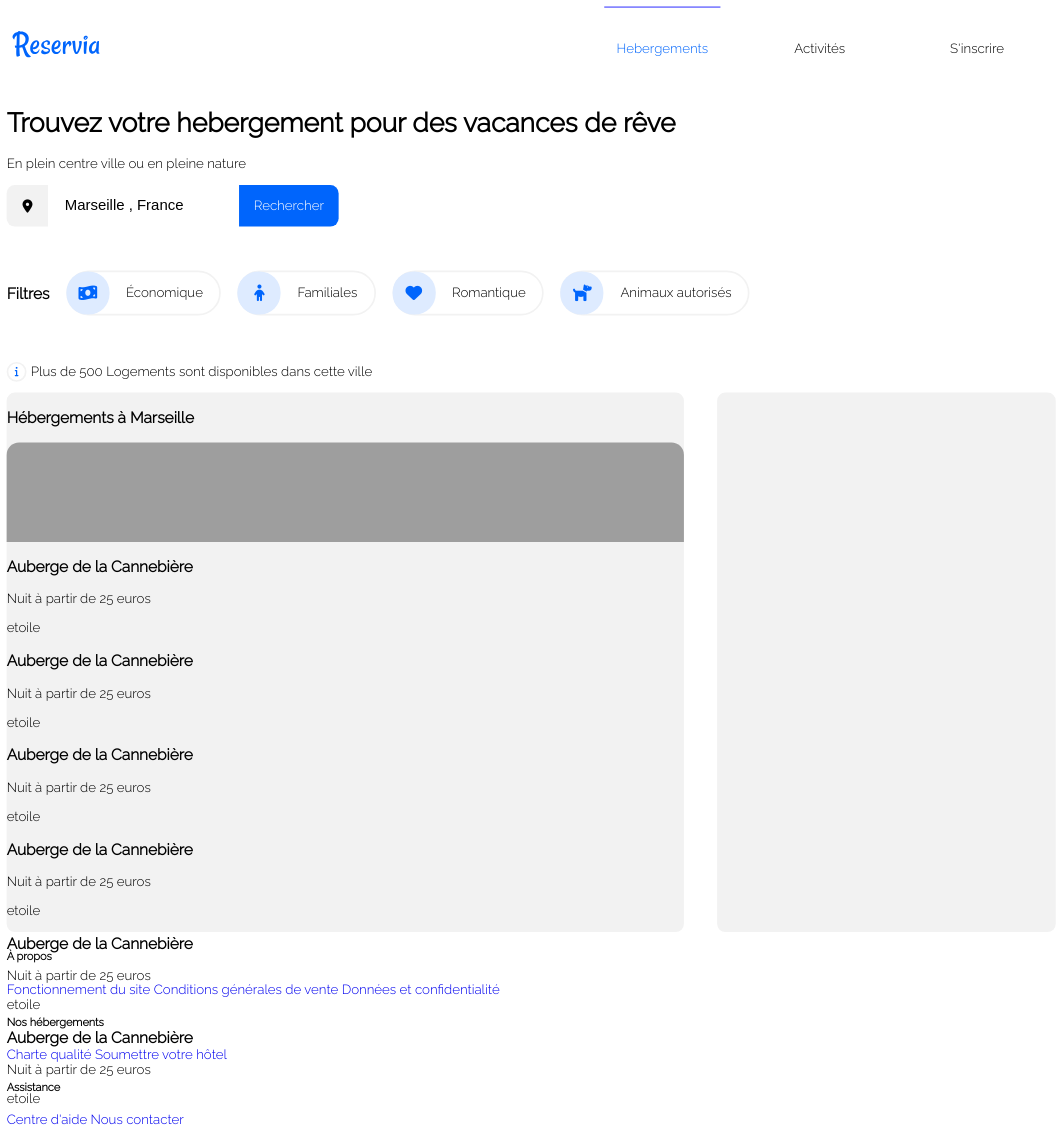
Repository: jaydeeonghub/DYLANBARBARISI_2_16062021
Page: index.html
The author's editor kept a copy of each file at every save. The page is drawn from the files as they stood at one save, then again after the next save.
The browser window is 1280 px wide. The pictures show the whole page, at 83% of full size.
Pictures or frames that could not be fetched are drawn as grey boxes. Some web libraries are served in a nearby version.

Above is the page before, as saved 2021-07-09 19:16:06.

After the next save:
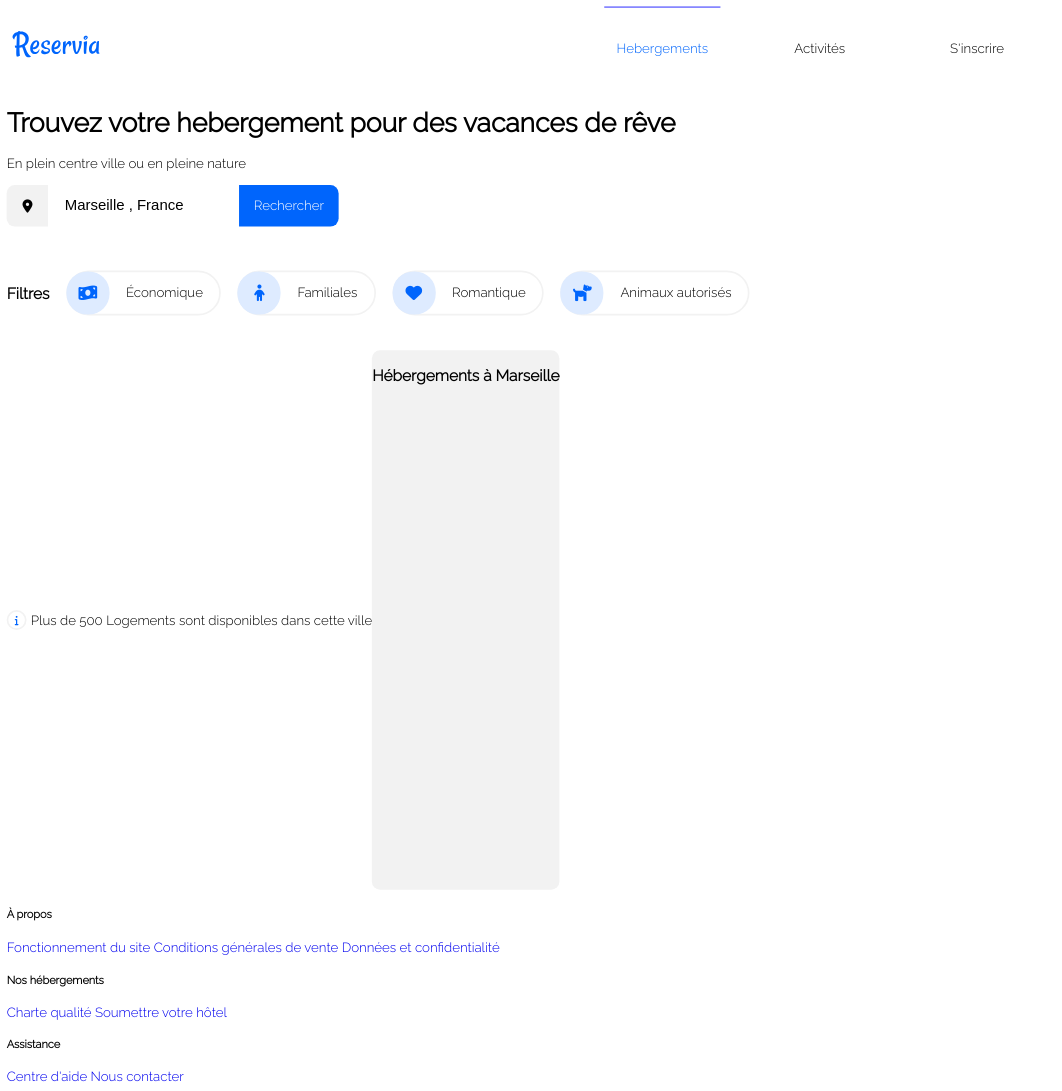
Saved 40 s later.
--- a/index.html
+++ b/index.html
@@ -76,74 +76,25 @@
         <i class="fas fa-info fa-xs colorBleu"></i>
         </div>
     <p>Plus de 500 Logements sont disponibles dans cette ville</p> <!--Nombre approximatif de logements disponibles aux alentours-->
-    </div>
-    <section class="flexAround">
-        <div class="sizeHebergements backGris">
-            <h3>Hébergements à Marseille</h3>
-            <div>
-                <div>
-                    <div class="imgHebergements1"></div>
-                    <div>
-                        <h3>Auberge de la Cannebière</h3>
-                        <p>Nuit à partir de 25 euros</p>
-                        <div>etoile</div>
-                    </div>
-                </div>
-                <div>
-                    <div class="imgHebergements2"></div>
-                    <div>
-                        <h3>Auberge de la Cannebière</h3>
-                        <p>Nuit à partir de 25 euros</p>
-                        <div>etoile</div>
-                    </div>
-                </div>
-                <div>
-                    <div class="imgHebergements3"></div>
-                    <div>
-                        <h3>Auberge de la Cannebière</h3>
-                        <p>Nuit à partir de 25 euros</p>
-                        <div>etoile</div>
-                    </div>
-                </div>
-                <div>
-                    <div class="imgHebergements4"></div>
-                    <div>
-                        <h3>Auberge de la Cannebière</h3>
-                        <p>Nuit à partir de 25 euros</p>
-                        <div>etoile</div>
-                    </div>
-                </div>
-                <div>
-                    <div class="imgHebergements5"></div>
-                    <div>
-                        <h3>Auberge de la Cannebière</h3>
-                        <p>Nuit à partir de 25 euros</p>
-                        <div>etoile</div>
-                    </div>
-                </div>
-                <div>
-                    <div class="imgHebergements6"></div>
-                    <div>
-                        <h3>Auberge de la Cannebière</h3>
-                        <p>Nuit à partir de 25 euros</p>
-                        <div>etoile</div>
-                    </div>
-                </div>
-                </div>
-                <div></div>
-                <p></p>
-    </div>
-    <div class="sizePopulaires backGris"></div>
-    </section>
+        <section class="flexAround">
+                <div class="sizeHebergements backGris">
+                <h3>Hébergements à Marseille</h3>
+        <div>
+
+
+
     </main>
     <footer>
         <h5>À propos</h5>
             <a href="#Fonctionnementdusite">Fonctionnement du site</a>
             <a href="#CGV">Conditions générales de vente</a>
             <a href="Confidentialité">Données et confidentialité</a>
+
         <h5>Nos hébergements</h5>
             <a href="#chartequalité">Charte qualité</a>
             <a href="#Soumettrehôtel">Soumettre votre hôtel</a>
+
+
         <h5>Assistance</h5>
             <a href="#Centre d'aide">Centre d'aide</a>
             <a href="#Contact">Nous contacter</a>

After the save that followed:
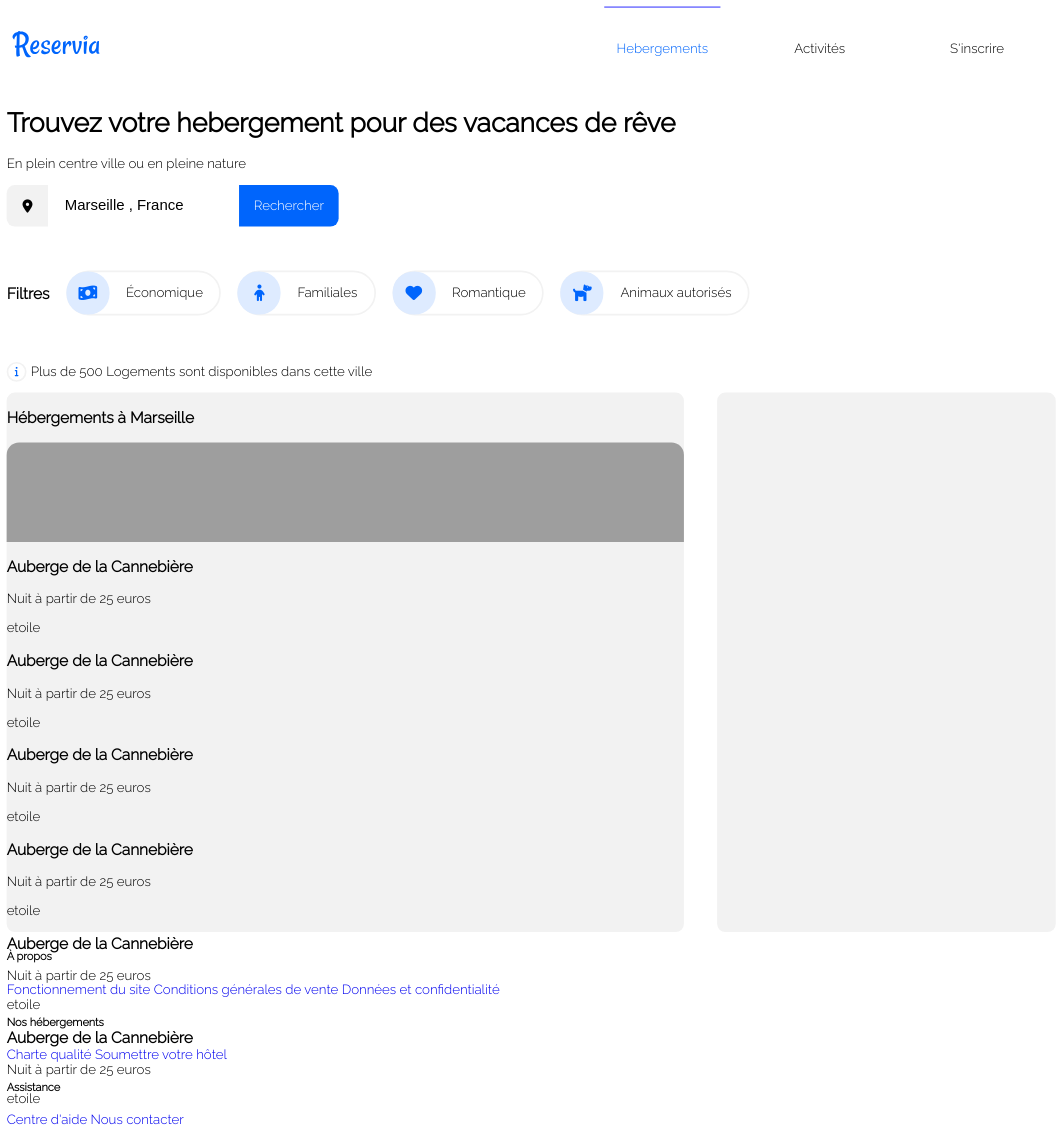
Saved 18 s later.
--- a/index.html
+++ b/index.html
@@ -76,25 +76,74 @@
         <i class="fas fa-info fa-xs colorBleu"></i>
         </div>
     <p>Plus de 500 Logements sont disponibles dans cette ville</p> <!--Nombre approximatif de logements disponibles aux alentours-->
-        <section class="flexAround">
-                <div class="sizeHebergements backGris">
-                <h3>Hébergements à Marseille</h3>
-        <div>
-
-
-
+    </div>
+    <section class="flexAround">
+        <div class="sizeHebergements backGris">
+            <h3>Hébergements à Marseille</h3>
+            <div>
+                <div>
+                    <div class="imgHebergements1"></div>
+                    <div>
+                        <h3>Auberge de la Cannebière</h3>
+                        <p>Nuit à partir de 25 euros</p>
+                        <div>etoile</div>
+                    </div>
+                </div>
+                <div>
+                    <div class="imgHebergements2"></div>
+                    <div>
+                        <h3>Auberge de la Cannebière</h3>
+                        <p>Nuit à partir de 25 euros</p>
+                        <div>etoile</div>
+                    </div>
+                </div>
+                <div>
+                    <div class="imgHebergements3"></div>
+                    <div>
+                        <h3>Auberge de la Cannebière</h3>
+                        <p>Nuit à partir de 25 euros</p>
+                        <div>etoile</div>
+                    </div>
+                </div>
+                <div>
+                    <div class="imgHebergements4"></div>
+                    <div>
+                        <h3>Auberge de la Cannebière</h3>
+                        <p>Nuit à partir de 25 euros</p>
+                        <div>etoile</div>
+                    </div>
+                </div>
+                <div>
+                    <div class="imgHebergements5"></div>
+                    <div>
+                        <h3>Auberge de la Cannebière</h3>
+                        <p>Nuit à partir de 25 euros</p>
+                        <div>etoile</div>
+                    </div>
+                </div>
+                <div>
+                    <div class="imgHebergements6"></div>
+                    <div>
+                        <h3>Auberge de la Cannebière</h3>
+                        <p>Nuit à partir de 25 euros</p>
+                        <div>etoile</div>
+                    </div>
+                </div>
+                </div>
+                <div></div>
+                <p></p>
+    </div>
+    <div class="sizePopulaires backGris"></div>
+    </section>
     </main>
     <footer>
         <h5>À propos</h5>
             <a href="#Fonctionnementdusite">Fonctionnement du site</a>
             <a href="#CGV">Conditions générales de vente</a>
             <a href="Confidentialité">Données et confidentialité</a>
-
         <h5>Nos hébergements</h5>
             <a href="#chartequalité">Charte qualité</a>
             <a href="#Soumettrehôtel">Soumettre votre hôtel</a>
-
-
         <h5>Assistance</h5>
             <a href="#Centre d'aide">Centre d'aide</a>
             <a href="#Contact">Nous contacter</a>
